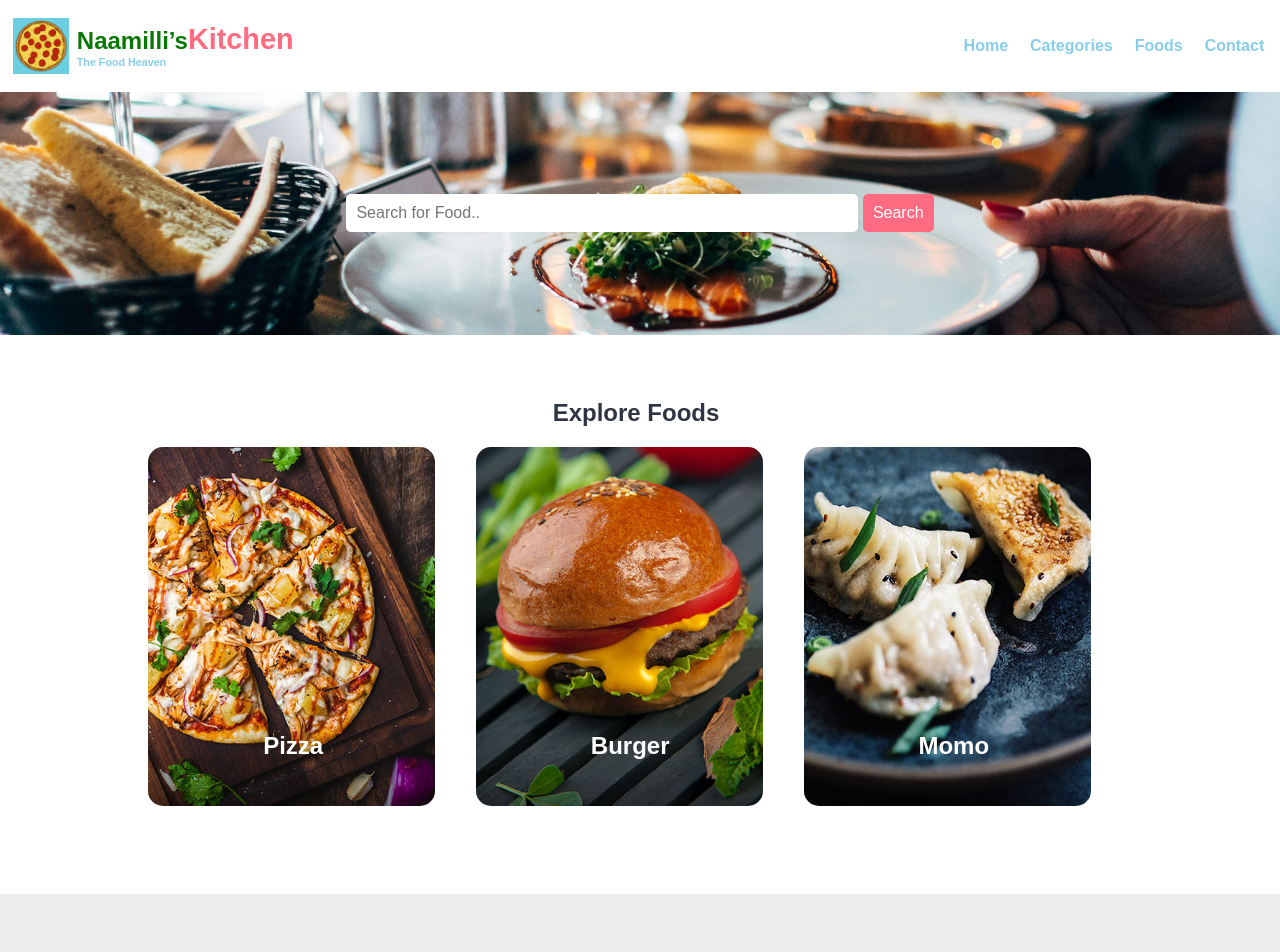
Repository: Saviour-Dagadu/Naamilli
Page: index.html
These files come from the project's save history. The page is drawn as it stood at one moment and after the next save; the edit follows.
The browser window is 1280 px wide. The pictures show the part of the page from y = 0 to 952 px (the page is 2117 px tall).
A picture or video elsewhere on the page could not be fetched, so the positions and the page height are approximate.

Above is the page before, as saved 2024-12-03 17:40:51.

### index.html
<!DOCTYPE html>
<html lang="en">
<head>
    <meta charset="UTF-8">
    <!-- Important to make website responsive -->
    <meta name="viewport" content="width=device-width, initial-scale=1.0">
    <title>Restaurant Website</title>

    <!-- Link our CSS file -->
    <link rel="stylesheet" type="text/css" href="css/style.css">
</head>

<body>
    <!-- Navbar Section Starts Here -->
	<section class="navbar" style="display: flex; align-items: center; justify-content: space-between;">
        <div class="container" style="display: flex; width: 100%; justify-content: space-between; align-items: center;">
            <div class="logo" style="display: flex; align-items: center;">
                <a href="index.html" title="Logo" style="display: flex; align-items: center;">
                    <img src="images/giphy.gif" alt="" style="
                        width: 3.5rem; /* Adjust size to be similar to nav image */
                        height: 3.5rem; /* Adjust size to be similar to nav image */
                        margin-right: 0.5rem;">
                    <div>
                        <h2 style="margin: 0;">Naamilli’s<span>Kitchen</span></h2>
                        <h6 style="margin: 0;"><span>The Food Heaven</span></h6>
                    </div>
                </a>
            </div>

            <div class="menu text-right">
                <ul style="list-style: none; margin: 0; padding: 0; display: flex; justify-content: flex-end;">
                    <li style="margin-left: 1rem;">
                        <a href="index.html">Home</a>
                    </li>
                    <li style="margin-left: 1rem;">
                        <a href="categories.html">Categories</a>
                    </li>
                    <li style="margin-left: 1rem;">
                        <a href="foods.html">Foods</a>
                    </li>
                    <li style="margin-left: 1rem;">
                        <a href="contact.html">Contact</a>
                    </li>
                </ul>
            </div>
        </div>

        <div class="clearfix"></div>
    </section>

    <!-- Navbar Section Ends Here -->

    <!-- fOOD sEARCH Section Starts Here -->
    <section class="food-search text-center">
        <div class="container">

            <form action="underConstruction.html" method="POST">
                <input type="search" name="search" placeholder="Search for Food.." required>
                <input type="submit" name="submit" value="Search" class="btn btn-primary">
            </form>

        </div>
    </section>
    <!-- fOOD sEARCH Section Ends Here -->

    <!-- CAtegories Section Starts Here -->
    <section class="categories">
        <div class="container">
            <h2 class="text-center">Explore Foods</h2>

            <a href="category-foods.html">
            <div class="box-3 float-container">
                <img src="images/pizza.jpg" alt="Pizza" class="img-responsive img-curve">

                <h3 class="float-text text-white">Pizza</h3>
            </div>
            </a>

            <a href="#">
            <div class="box-3 float-container">
                <img src="images/burger.jpg" alt="Burger" class="img-responsive img-curve">

                <h3 class="float-text text-white">Burger</h3>
            </div>
            </a>

            <a href="#">
            <div class="box-3 float-container">
                <img src="images/momo.jpg" alt="Momo" class="img-responsive img-curve">

                <h3 class="float-text text-white">Momo</h3>
            </div>
            </a>

            <div class="clearfix"></div>
        </div>
    </section>
    <!-- Categories Section Ends Here -->

    <!-- fOOD MEnu Section Starts Here -->
    <section class="food-menu">
        <div class="container">
            <h2 class="text-center">Food Menu</h2>

            <div class="food-menu-box">
                <div class="food-menu-img">
                    <img src="images/menu-pizza.jpg" alt="Chicke Hawain Pizza" class="img-responsive img-curve">
                </div>

                <div class="food-menu-desc">
                    <h4>Pizza</h4>
                    <p class="food-price">Ghc 50</p>
                    <p class="food-detail">
                        Made with Italian Sauce, Chicken, and organice vegetables.
                    </p>
                    <br>

                    <a href="order.html" class="btn btn-primary">Order Now</a>
                </div>
            </div>

            <div class="food-menu-box">
                <div class="food-menu-img">
                    <img src="images/menu-burger.jpg" alt="Chicke Hawain Pizza" class="img-responsive img-curve">
                </div>

                <div class="food-menu-desc">
                    <h4>Smoky Burger</h4>
                    <p class="food-price">Ghc 20</p>
                    <p class="food-detail">
                        Made with Italian Sauce, Chicken, and organice vegetables.
                    </p>
                    <br>

                    <a href="#" class="btn btn-primary">Order Now</a>
                </div>
            </div>

            <div class="food-menu-box">
                <div class="food-menu-img">
                    <img src="images/menu-burger.jpg" alt="Chicke Hawain Burger" class="img-responsive img-curve">
                </div>

                <div class="food-menu-desc">
                    <h4>Nice Burger</h4>
                    <p class="food-price">Ghc 20</p>
                    <p class="food-detail">
                        Made with Italian Sauce, Chicken, and organize vegetables.
                    </p>
                    <br>

                    <a href="#" class="btn btn-primary">Order Now</a>
                </div>
            </div>



            <!-- <div class="food-menu-box">
                <div class="food-menu-img">
                    <img src="images/menu-pizza.jpg" alt="Chicke Hawain Pizza" class="img-responsive img-curve">
                </div>

                <div class="food-menu-desc">
                    <h4>Food Title</h4>
                    <p class="food-price">$2.3</p>
                    <p class="food-detail">
                        Made with Italian Sauce, Chicken, and organice vegetables.
                    </p>
                    <br>

                    <a href="#" class="btn btn-primary">Order Now</a>
                </div>
            </div> -->

            <div class="food-menu-box">
                <div class="food-menu-img">
                    <img src="images/menu-momo.jpg" alt="Chicke Hawain Momo" class="img-responsive img-curve">
                </div>

                <div class="food-menu-desc">
                    <h4>Chicken Steam Momo</h4>
                    <p class="food-price">Ghc 50</p>
                    <p class="food-detail">
                        Made with Italian Sauce, Chicken, and organice vegetables.
                    </p>
                    <br>

                    <a href="#" class="btn btn-primary">Order Now</a>
                </div>
            </div>


            <div class="clearfix"></div>



        </div>

        <p class="text-center">
            <a href="#">See All Foods</a>
        </p>
    </section>
    <!-- fOOD Menu Section Ends Here -->

    <!-- social Section Starts Here -->
<section class="social">
	<div class="container text-center">
		<ul>
			<li>
				<a href="https://www.facebook.com/saviou/"><img src="https://img.icons8.com/fluent/50/000000/facebook-new.png"/></a>
			</li>
			<li>
				<a href="https://www.instagram.com/saviour_dagadu/"><img src="https://img.icons8.com/fluent/48/000000/instagram-new.png"/></a>
			</li>
			<li>
				<a href="https://twitter.com/savicode"><img src="https://img.icons8.com/fluent/48/000000/twitter.png"/></a>
			</li>
		</ul>
	</div>
</section>
<!-- social Section Ends Here -->

<!-- footer Section Starts Here -->
<section class="footer">
	<div class="container text-center">
		<p>All rights reserved. Designed By <a href="https://saviourdagadu.netlify.app/">Saviour Dagadu</a></p>
	</div>
</section>
<!-- footer Section Ends Here -->

</body>
</html>

### css/style.css
/*
    Author: Vijay Thapa;
    Theme: Restaurant Food Order;
    version: 1.0;
*/

/* CSS for All */
*{
    margin: 0 0;
    padding: 0 0;
    font-family: Arial, Helvetica, sans-serif;
}
.container{
    width: 80%;
    margin: 0 auto;
    padding: 1%;
}
.img-responsive{
    width: 100%;
}
.img-curve{
    border-radius: 15px;
}

.text-right{
    text-align: right;
}
.text-center{
    text-align: center;
}
.text-left{
    text-align: left;
}
.text-white{
    color: white;
}

.clearfix{
    clear: both;
    float: none;
}

a{
    color: skyblue;
    text-decoration: none;
}
a:hover{
    color: #ff6b81;
}

.btn{
    padding: 1%;
    border: none;
    font-size: 1rem;
    border-radius: 5px;
}
.btn-primary{
    background-color: #ff6b81;
    color: white;
    cursor: pointer;
}
.btn-primary:hover{
    color: white;
    background-color: #ff4757;
}
h2{
    color: #2f3542;
    font-size: 2rem;
    margin-bottom: 2%;
}
h3{
    font-size: 1.5rem;
}
.float-container{
    position: relative;
}
.float-text{
    position: absolute;
    bottom: 50px;
    left: 40%;
}
fieldset{
    border: 1px solid white;
    margin: 5%;
    padding: 3%;
    border-radius: 5px;
}


/* CSSS for navbar section */

.logo{
    width: 10%;
    float: left;
}
.logo h2{
    color: rgb(10, 119, 5);
}
.logo h2:hover{
    color: rgb(10, 119, 5);
    font-style: italic;
}
.logo h2 span{
    color: #ff6b81;
    font-size: larger;
    font-weight:bolder;
}
.logo h2 span:hover{
    color: #ff4757;
    font-size: larger;
    font-weight:bolder;
}
.menu{
    line-height: 60px;
}
.menu ul{
    list-style-type: none;
}

.menu ul li{
    display: inline;
    padding: 1%;
    font-weight: bold;
}


/* CSS for Food SEarch Section */

.food-search{
    background-image: url(../images/jay-wennington-N_Y88TWmGwA-unsplash.jpg);
    background-size: cover;
    background-repeat: no-repeat;
    background-position: center;
    padding: 7% 0;
}

.food-search input[type="search"]{
    width: 50%;
    padding: 1%;
    font-size: 1rem;
    border: none;
    border-radius: 5px;
}


/* CSS for Categories */
.categories{
    padding: 4% 0;
}

.box-3{
    width: 28%;
    float: left;
    margin: 2%;
}


/* CSS for Food Menu */
.food-menu{
    background-color: #ececec;
    padding: 4% 0;
}
.food-menu-box{
    width: 43%;
    margin: 1%;
    padding: 2%;
    float: left;
    background-color: white;
    border-radius: 15px;
}

.food-menu-img{
    width: 20%;
    float: left;
}

.food-menu-desc{
    width: 70%;
    float: left;
    margin-left: 8%;
}

.food-price{
    font-size: 1.2rem;
    margin: 2% 0;
}
.food-detail{
    font-size: 1rem;
    color: #747d8c;
}


/* CSS for Social */
.social ul{
    list-style-type: none;
}
.social ul li{
    display: inline;
    padding: 1%;
}

/* for Order Section */
.order{
    width: 50%;
    margin: 0 auto;
}
.input-responsive{
    width: 96%;
    padding: 1%;
    margin-bottom: 3%;
    border: none;
    border-radius: 5px;
    font-size: 1rem;
}
.order-label{
    margin-bottom: 1%;
    font-weight: bold;
}

/* Contact Section*/

#info{
    padding: 30px 0;
}

#info .container{
     display: flex;
}

#info .info{
    width: 28%;
    height: 300px;
    border-radius: 10px;
    overflow: hidden;

}

#info .info-text{
    border: 1px solid lightgray;
    padding: 10px;
}

#info .info-text h4{
    margin: 5px;
}

#info .info-text .info-text-call{
    margin-bottom: 20px;
}

#info .info-image{
margin-right: 10px;
overflow: hidden;
box-shadow: 0 0 5px #333;
transform: scale (1.04);
transition: all .4s ease-in-out;
}

#info .info-image:hover{
transform: translateY(-15px) scale(1.1);
box-shadow: 0 0 10px #333;
}
#info .info-image img{
max-width: 100%;
height: auto
}

#info .info-image:hover .info-image img{
opacity: 1;
}

       /* message Section */
#message{
    padding: 30px 0;
    background-color: lightgray;
}

#message .message-top{
    text-align: center;
    margin-bottom: 20px;
}

#message .message-top h3{
    text-transform: uppercase;
    margin: 0;
}

#message .message-top h3::after{
    content: "";
    display: block;
    width: 50px;
    height: 3px;
    background-color: gray;
    margin: 10px auto 0;
}

#message .message-bottom{
    color: black;
}

#message .message-bottom label{
    display: block;
    font-size: 17px;
    font-weight: 500;
    margin-bottom: 5px;
}

#message .message-bottom .form-group{
    margin-bottom: 10px;
}

#message .message-bottom .input{
    display: block;
    height: 40px;
    border-radius: 5px;
    border: 1px solid brown;
    padding-left: 10px;
    padding-right: 10px;
    width: 100%;
    font-size: 15px;
    font-family: 'Segoe UI', Tahoma, Geneva, Verdana, Sans-serif;
}

#message .message-bottom input,
#message .message-bottom textarea,
#message .message-bottom button{
    outline: none;
}

#message  textarea{
    width: 100%;
    height: 200px;
    border-radius: 5px;
    border: 1px solid brown;
    background-color: white;
    padding: 5px 10px;
    font: 15px 'Segoe UI', Tahoma, Geneva, Verdana, Sans-serif;
}

.navbar-brand {
    display: flex;
    align-items: center; /* Align items horizontally in the center */
    text-decoration: none; /* Removes default underline from the link */
    color: #333; /* Adjust text color as needed */
    /* background-image: url('../images/apple.gif'); Replace with the path to your image */
    background-size: cover;                          /* Ensures the image covers the entire div */
    background-position: center;                     /* Centers the image within the div */
    background-repeat: no-repeat;
}
.navbar-brand h2 {
    margin: 0;               /* Removes default margin */
    font-size: 2.5rem;
}

.navbar-brand h2 span{
    color: skyblue;
}

.navbar-brand i {
    display: block;          /* Ensures the i element is on a new line */
    margin: 0;               /* Removes default margin */
    font-size: 0.8rem;       /* Makes the text smaller */
    color: black;
}

.logo-img {
    width: 3.5rem; /* Adjust size as needed */
    height: 3.5rem; /* Adjust size as needed */
    margin-right: 0.5rem; /* Space between image and text */
}

.text-content {
    display: flex;
    flex-direction: column; /* Stack text elements vertically */
    justify-content: center; /* Center text vertically within container */
}

h2 {
    margin: 0; /* Remove default margin */
    font-size: 1.5rem; /* Adjust font size as needed */
    font-weight: bold;
    margin-right: 0.5rem; /* Space between h2 and h6 */
}



/* #message .message-bottom .btn{
    padding: 10px 20px;
    background-color: brown;
    text-transform: uppercase;
    font: 15px 'Segoe UI', Tahoma, Geneva, Verdana, Sans-serif;
    border: none;
    border-radius: 5px;
    font-weight: 500;
    color: #fff;
    cursor: pointer;
} */


/* CSS for Mobile Size or Smaller Screen */

@media only screen and (max-width:768px){
    .logo{
        width: 80%;
        float: none;
        margin: 1% auto;
    }

    .menu ul{
        text-align: center;
    }

    .food-search input[type="search"]{
        width: 90%;
        padding: 2%;
        margin-bottom: 3%;
    }

    .btn{
        width: 91%;
        padding: 2%;
    }

    .food-search{
        padding: 10% 0;
    }

    .categories{
        padding: 20% 0;
    }
    h2{
        margin-bottom: 10%;
    }
    .box-3{
        width: 100%;
        margin: 4% auto;
    }

    .food-menu{
        padding: 20% 0;
    }

    .food-menu-box{
        width: 90%;
        padding: 5%;
        margin-bottom: 5%;
    }
    .social{
        padding: 5% 0;
    }
    .order{
        width: 100%;
    }
}

After the next save:
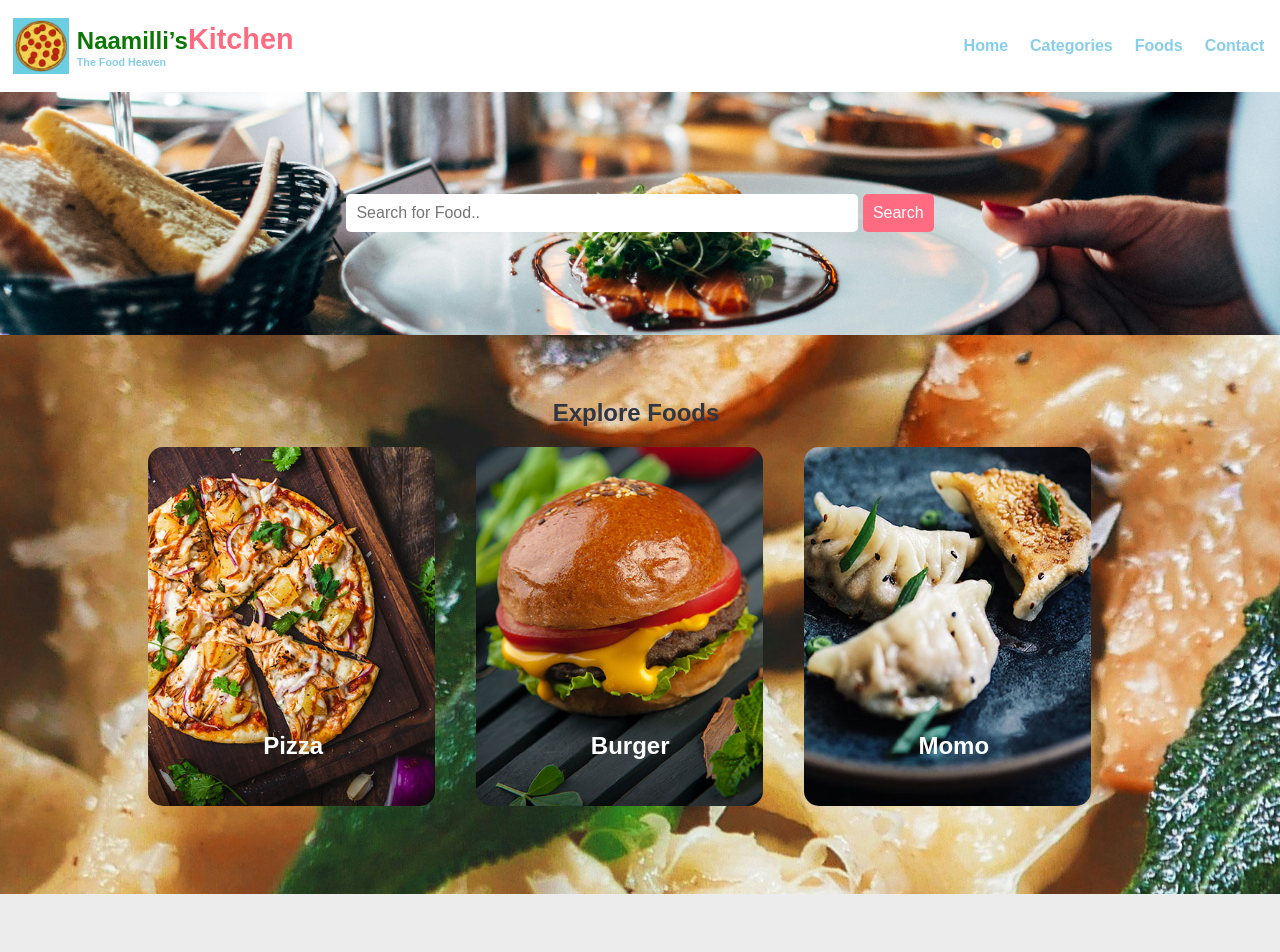
Saved 14 min 24 s later.
--- a/css/style.css
+++ b/css/style.css
@@ -146,6 +146,7 @@ fieldset{
 /* CSS for Categories */
 .categories{
     padding: 4% 0;
+    background-image: url(../images/eaters-collective-ddZYOtZUnBk-unsplash.jpg);
 }
 
 .box-3{
